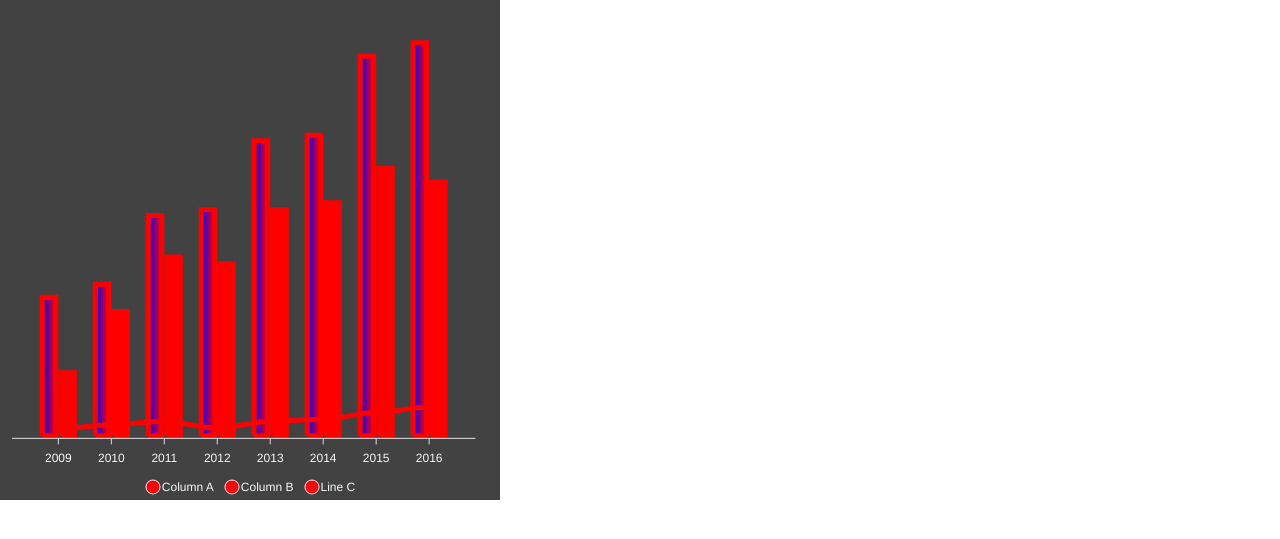
Repository: wanted-pre-onboarding-internship-1team/pre-onboarding-9th-3-1
Page: /
These files come from the project's save history. The page is drawn as it stood at one moment and after the next save; the edit follows.
The browser window is 1280 px wide. The pictures show the whole page.
The project was rebuilt for these pictures with package versions that can differ from the ones it lists, and the page was loaded fresh each time.

Above is the page before, as saved 2023-03-15 00:25:46.

### public/index.html
<!DOCTYPE html>
<html lang="en">
  <head>
    <meta charset="utf-8" />
    <link rel="icon" href="%PUBLIC_URL%/favicon.ico" />
    <meta name="viewport" content="width=device-width, initial-scale=1" />
    <meta name="theme-color" content="#000000" />

    <title>React App</title>
  </head>

  <body>
    <div id="root"></div>
  </body>
</html>

### src/index.tsx
import App from './App';
import './index.css';
import React from 'react';
import ReactDOM from 'react-dom/client';
import { BrowserRouter } from 'react-router-dom';

const root = ReactDOM.createRoot(
  document.getElementById('root') as HTMLElement
);
root.render(
  <BrowserRouter>
    <App />
  </BrowserRouter>
);

### src/App.tsx
import Router from './router/router';
import { createGlobalStyle } from 'styled-components';
import reset from 'styled-reset';

const GlobalStyle = createGlobalStyle`
  ${reset}
`;

function App() {
  return (
    <>
      <GlobalStyle />
      <Router />
    </>
  );
}

export default App;

### src/router/router.tsx
import Mainpage from '../pages/Mainpage';
import React from 'react';
import { Route, Routes } from 'react-router-dom';

export default function router() {
  return (
    <Routes>
      <Route path='/' element={<Mainpage />} />
    </Routes>
  );
}

### src/pages/Mainpage.tsx
import { api } from '../apis';
import { GetMockResponse } from '../apis/types/mock';
import useMockList from '../hooks/useMockList';
import axios from 'axios';
import React, { useEffect, useState } from 'react';
import ApexCharts from 'react-apexcharts';

export default function Mainpage() {
  const test = useMockList();
  console.log(test);
  return (
    <div>
      <ApexCharts
        type='line'
        height='500'
        width='500'
        series={[
          {
            name: 'Column A',
            type: 'column',
            data: [21.1, 23, 33.1, 34, 44.1, 44.9, 56.5, 58.5],
          },
          {
            name: 'Column B',
            type: 'column',
            data: [10, 19, 27, 26, 34, 35, 40, 38],
          },
          {
            name: 'Line C',
            type: 'line',
            data: [1.4, 2, 2.5, 1.5, 2.5, 2.8, 3.8, 4.6],
          },
        ]}
        options={{
          theme: {
            mode: 'dark',
          },
          chart: {
            toolbar: {
              show: false,
            },
          },
          grid: { show: false },
          stroke: {
            curve: 'smooth',
            width: 5,
          },
          yaxis: {
            show: false,
          },
          xaxis: {
            categories: [2009, 2010, 2011, 2012, 2013, 2014, 2015, 2016],
          },
          fill: {
            type: 'gradient',
            gradient: { gradientToColors: ['blue'], stops: [0, 100] },
          },
          colors: ['red'],
        }}
      />
      {/* <ApexCharts
        height='500'
        width='1000'
        series={[
          {
            name: 'bar',
            type: 'column',
            data: test.barValueList,
          },
          {
            name: 'area',
            type: 'area',
            data: test.areaValueList,
          },
          {
            name: 'id',
            type: 'none',
            data: test.areaValueList,
          },
        ]}
        options={{
          stroke: {
            width: [0, 2, 5],
            curve: 'smooth',
          },
          dataLabels: {
            enabled: false,
          },
          yaxis: [
            {
              seriesName: 'area',
              axisTicks: {
                show: true,
              },
              axisBorder: {
                show: true,
              },
              title: {
                text: 'area1',
              },
            },
            {
              seriesName: 'bar',
              axisTicks: {
                show: true,
              },
              axisBorder: {
                show: true,
              },
              title: {
                text: 'bar',
              },
            },
          ],
          xaxis: {
            categories: test.timeList,
          },
          colors: ['#99C2A2', '#66C7F4', '#caa137'],
        }}
      /> */}
    </div>
  );
}

{
  /* <div>
<ApexCharts
  height='500'
  width='1000'
  series={[
    {
      name: 'TEAM A',
      type: 'column',
      data: test.areaValueList,
    },
  ]}
  options={{
    grid: {
      row: {
        colors: ['#f3f3f3', 'transparent'],
        opacity: 0.5,
      },
    },
    stroke: {
      width: [0, 2, 5],
      curve: 'smooth',
    },

    xaxis: {
      categories: test.timeList,
    },
    colors: ['red', 'blue'],
  }}
/>
</div> */
}

### src/hooks/useMockList.ts
import { api } from '../apis';
import { GetMockResponse } from '../apis/types/mock';
import { useEffect, useState } from 'react';

export default function useMockList() {
  const [originData, setOriginData] = useState<GetMockResponse['response']>();

  const dateList = originData ? Object.keys(originData) : [];

  const timeList = originData
    ? Object.keys(originData).map(time => time.split(' ')[1])
    : [];

  const idList = originData
    ? Object.entries(originData).map(entry => entry[1].id)
    : [];

  const barValueList = originData
    ? Object.entries(originData).map(entry => entry[1].value_bar)
    : [];

  const areaValueList = originData
    ? Object.entries(originData).map(entry => entry[1].value_area)
    : [];

  useEffect(() => {
    api.mock.getMockDatas().then(res => {
      const { data } = res;
      setOriginData(data.response);
    });
  }, []);

  return { timeList, dateList, idList, barValueList, areaValueList };
}

### src/apis/index.ts
import { instance } from './instance';
import MockService from './mockService';

const mockService = new MockService(instance);

export const api = { mock: mockService };

### src/apis/instance.ts
import axios, { AxiosInstance, AxiosRequestConfig, AxiosResponse } from 'axios';

interface CustomInstance extends AxiosInstance {
  get<T = unknown, R = AxiosResponse<T>, D = unknown>(
    url: string,
    config?: AxiosRequestConfig<D>
  ): Promise<R>;
}

const instance: CustomInstance = axios.create({
  baseURL: '/',
});

export { instance };

### src/apis/mockService.ts
import { instance } from './instance';
import { GetMockResponse } from './types/mock';

export default class MockService {
  constructor(private api: typeof instance) {}
  getMockDatas = async () => this.api.get<GetMockResponse>('data/mock.json');
}

### public/data/mock.json
{
  "type": "Flexsys Mock API",
  "version": 1.0,
  "response": {
    "2023-02-01 14:32:00": {
      "id": "성북구",
      "value_area": 46,
      "value_bar": 13111
    },
    "2023-02-01 14:32:05": {
      "id": "강남구",
      "value_area": 9,
      "value_bar": 19143
    },
    "2023-02-01 14:32:10": {
      "id": "노원구",
      "value_area": 79,
      "value_bar": 14798
    },
    "2023-02-01 14:32:15": {
      "id": "중랑구",
      "value_area": 4,
      "value_bar": 14456
    },
    "2023-02-01 14:32:20": {
      "id": "노원구",
      "value_area": 97,
      "value_bar": 19116
    },
    "2023-02-01 14:32:25": {
      "id": "성북구",
      "value_area": 66,
      "value_bar": 18098
    },
    "2023-02-01 14:32:30": {
      "id": "중랑구",
      "value_area": 84,
      "value_bar": 16243
    },
    "2023-02-01 14:32:35": {
      "id": "강남구",
      "value_area": 5,
      "value_bar": 13100
    },
    "2023-02-01 14:32:40": {
      "id": "성북구",
      "value_area": 13,
      "value_bar": 19429
    },
    "2023-02-01 14:32:45": {
      "id": "노원구",
      "value_area": 50,
      "value_bar": 14923
    },
    "2023-02-01 14:32:50": {
      "id": "강남구",
      "value_area": 24,
      "value_bar": 10127
    },
    "2023-02-01 14:32:55": {
      "id": "강남구",
      "value_area": 98,
      "value_bar": 12583
    },
    "2023-02-01 14:33:00": {
      "id": "중랑구",
      "value_area": 7,
      "value_bar": 12310
    },
    "2023-02-01 14:33:05": {
      "id": "중랑구",
      "value_area": 21,
      "value_bar": 15764
    },
    "2023-02-01 14:33:10": {
      "id": "강남구",
      "value_area": 67,
      "value_bar": 11060
    },
    "2023-02-01 14:33:15": {
      "id": "강남구",
      "value_area": 69,
      "value_bar": 14857
    },
    "2023-02-01 14:33:20": {
      "id": "노원구",
      "value_area": 86,
      "value_bar": 13995
    },
    "2023-02-01 14:33:25": {
      "id": "중랑구",
      "value_area": 59,
      "value_bar": 14773
    },
    "2023-02-01 14:33:30": {
      "id": "노원구",
      "value_area": 77,
      "value_bar": 18347
    },
    "2023-02-01 14:33:35": {
      "id": "성북구",
      "value_area": 77,
      "value_bar": 15970
    },
    "2023-02-01 14:33:40": {
      "id": "성북구",
      "value_area": 27,
      "value_bar": 18577
    },
    "2023-02-01 14:33:45": {
      "id": "성북구",
      "value_area": 33,
      "value_bar": 11704
    },
    "2023-02-01 14:33:50": {
      "id": "성북구",
      "value_area": 17,
      "value_bar": 17241
    },
    "2023-02-01 14:33:55": {
      "id": "노원구",
      "value_area": 22,
      "value_bar": 14450
    },
    "2023-02-01 14:34:00": {
      "id": "중랑구",
      "value_area": 27,
      "value_bar": 14970
    },
    "2023-02-01 14:34:05": {
      "id": "중랑구",
      "value_area": 99,
      "value_bar": 17906
    },
    "2023-02-01 14:34:10": {
      "id": "강남구",
      "value_area": 65,
      "value_bar": 11233
    },
    "2023-02-01 14:34:15": {
      "id": "노원구",
      "value_area": 38,
      "value_bar": 17306
    },
    "2023-02-01 14:34:20": {
      "id": "성북구",
      "value_area": 63,
      "value_bar": 14577
    },
    "2023-02-01 14:34:25": {
      "id": "중랑구",
      "value_area": 58,
      "value_bar": 13199
    },
    "2023-02-01 14:34:30": {
      "id": "중랑구",
      "value_area": 93,
      "value_bar": 12707
    },
    "2023-02-01 14:34:35": {
      "id": "강남구",
      "value_area": 74,
      "value_bar": 15064
    },
    "2023-02-01 14:34:40": {
      "id": "강남구",
      "value_area": 45,
      "value_bar": 16300
    },
    "2023-02-01 14:34:45": {
      "id": "성북구",
      "value_area": 7,
      "value_bar": 14605
    },
    "2023-02-01 14:34:50": {
      "id": "노원구",
      "value_area": 7,
      "value_bar": 15210
    },
    "2023-02-01 14:34:55": {
      "id": "성북구",
      "value_area": 89,
      "value_bar": 13578
    },
    "2023-02-01 14:35:00": {
      "id": "중랑구",
      "value_area": 37,
      "value_bar": 11298
    },
    "2023-02-01 14:35:05": {
      "id": "노원구",
      "value_area": 82,
      "value_bar": 15686
    },
    "2023-02-01 14:35:10": {
      "id": "중랑구",
      "value_area": 19,
      "value_bar": 11485
    },
    "2023-02-01 14:35:15": {
      "id": "성북구",
      "value_area": 37,
      "value_bar": 16848
    },
    "2023-02-01 14:35:20": {
      "id": "성북구",
      "value_area": 91,
      "value_bar": 18670
    },
    "2023-02-01 14:35:25": {
      "id": "강남구",
      "value_area": 44,
      "value_bar": 17165
    },
    "2023-02-01 14:35:30": {
      "id": "성북구",
      "value_area": 88,
      "value_bar": 15053
    },
    "2023-02-01 14:35:35": {
      "id": "성북구",
      "value_area": 1,
      "value_bar": 14998
    },
    "2023-02-01 14:35:40": {
      "id": "강남구",
      "value_area": 7,
      "value_bar": 17739
    },
    "2023-02-01 14:35:45": {
      "id": "중랑구",
      "value_area": 17,
      "value_bar": 19212
    },
    "2023-02-01 14:35:50": {
      "id": "노원구",
      "value_area": 73,
      "value_bar": 16757
    },
    "2023-02-01 14:35:55": {
      "id": "노원구",
      "value_area": 24,
      "value_bar": 12864
    },
    "2023-02-01 14:36:00": {
      "id": "노원구",
      "value_area": 99,
      "value_bar": 10178
    },
    "2023-02-01 14:36:05": {
      "id": "성북구",
      "value_area": 13,
      "value_bar": 19425
    },
    "2023-02-01 14:36:10": {
      "id": "강남구",
      "value_area": 2,
      "value_bar": 12455
    },
    "2023-02-01 14:36:15": {
      "id": "노원구",
      "value_area": 91,
      "value_bar": 16945
    },
    "2023-02-01 14:36:20": {
      "id": "성북구",
      "value_area": 10,
      "value_bar": 13734
    },
    "2023-02-01 14:36:25": {
      "id": "성북구",
      "value_area": 14,
      "value_bar": 13894
    },
    "2023-02-01 14:36:30": {
      "id": "중랑구",
      "value_area": 82,
      "value_bar": 19367
    },
    "2023-02-01 14:36:35": {
      "id": "중랑구",
      "value_area": 71,
      "value_bar": 15492
    },
    "2023-02-01 14:36:40": {
      "id": "강남구",
      "value_area": 2,
      "value_bar": 19082
    },
    "2023-02-01 14:36:45": {
      "id": "노원구",
      "value_area": 24,
      "value_bar": 13117
    },
    "2023-02-01 14:36:50": {
      "id": "노원구",
      "value_area": 96,
      "value_bar": 15744
    },
    "2023-02-01 14:36:55": {
      "id": "성북구",
      "value_area": 74,
      "value_bar": 15609
    },
    "2023-02-01 14:37:00": {
      "id": "노원구",
      "value_area": 48,
      "value_bar": 14747
    },
    "2023-02-01 14:37:05": {
      "id": "중랑구",
      "value_area": 34,
      "value_bar": 15331
    },
    "2023-02-01 14:37:10": {
      "id": "노원구",
      "value_area": 73,
      "value_bar": 12292
    },
    "2023-02-01 14:37:15": {
      "id": "강남구",
      "value_area": 77,
      "value_bar": 11454
    },
    "2023-02-01 14:37:20": {
      "id": "강남구",
      "value_area": 94,
      "value_bar": 12972
    },
    "2023-02-01 14:37:25": {
      "id": "성북구",
      "value_area": 29,
      "value_bar": 19279
    },
    "2023-02-01 14:37:30": {
      "id": "노원구",
      "value_area": 73,
      "value_bar": 18371
    },
    "2023-02-01 14:37:35": {
      "id": "노원구",
      "value_area": 50,
      "value_bar": 13317
    },
    "2023-02-01 14:37:40": {
      "id": "강남구",
      "value_area": 65,
      "value_bar": 18504
    },
    "2023-02-01 14:37:45": {
      "id": "성북구",
      "value_area": 87,
      "value_bar": 16196
    },
    "2023-02-01 14:37:50": {
      "id": "강남구",
      "value_area": 14,
      "value_bar": 19701
    },
    "2023-02-01 14:37:55": {
      "id": "중랑구",
      "value_area": 80,
      "value_bar": 14836
    },
    "2023-02-01 14:38:00": {
      "id": "노원구",
      "value_area": 14,
      "value_bar": 13074
    },
    "2023-02-01 14:38:05": {
      "id": "성북구",
      "value_area": 25,
      "value_bar": 18335
    },
    "2023-02-01 14:38:10": {
      "id": "중랑구",
      "value_area": 22,
      "value_bar": 15022
    },
    "2023-02-01 14:38:15": {
      "id": "노원구",
      "value_area": 6,
      "value_bar": 12043
    },
    "2023-02-01 14:38:20": {
      "id": "중랑구",
      "value_area": 88,
      "value_bar": 11144
    },
    "2023-02-01 14:38:25": {
      "id": "강남구",
      "value_area": 1,
      "value_bar": 17518
    },
    "2023-02-01 14:38:30": {
      "id": "노원구",
      "value_area": 90,
      "value_bar": 18643
    },
    "2023-02-01 14:38:35": {
      "id": "성북구",
      "value_area": 98,
      "value_bar": 18318
    },
    "2023-02-01 14:38:40": {
      "id": "중랑구",
      "value_area": 4,
      "value_bar": 10746
    },
    "2023-02-01 14:38:45": {
      "id": "강남구",
      "value_area": 43,
      "value_bar": 18806
    },
    "2023-02-01 14:38:50": {
      "id": "중랑구",
      "value_area": 43,
      "value_bar": 16209
    },
    "2023-02-01 14:38:55": {
      "id": "강남구",
      "value_area": 91,
      "value_bar": 14273
    },
    "2023-02-01 14:39:00": {
      "id": "성북구",
      "value_area": 31,
      "value_bar": 19193
    },
    "2023-02-01 14:39:05": {
      "id": "성북구",
      "value_area": 92,
      "value_bar": 19661
    },
    "2023-02-01 14:39:10": {
      "id": "노원구",
      "value_area": 20,
      "value_bar": 19574
    },
    "2023-02-01 14:39:15": {
      "id": "중랑구",
      "value_area": 72,
      "value_bar": 18963
    },
    "2023-02-01 14:39:20": {
      "id": "강남구",
      "value_area": 15,
      "value_bar": 13083
    },
    "2023-02-01 14:39:25": {
      "id": "성북구",
      "value_area": 34,
      "value_bar": 12868
    },
    "2023-02-01 14:39:30": {
      "id": "강남구",
      "value_area": 44,
      "value_bar": 10836
    },
    "2023-02-01 14:39:35": {
      "id": "중랑구",
      "value_area": 13,
      "value_bar": 14255
    },
    "2023-02-01 14:39:40": {
      "id": "노원구",
      "value_area": 35,
      "value_bar": 15437
    },
    "2023-02-01 14:39:45": {
      "id": "중랑구",
      "value_area": 95,
      "value_bar": 18426
    },
    "2023-02-01 14:39:50": {
      "id": "강남구",
      "value_area": 61,
      "value_bar": 11387
    },
    "2023-02-01 14:39:55": {
      "id": "성북구",
      "value_area": 18,
      "value_bar": 14312
    },
    "2023-02-01 14:40:00": {
      "id": "성북구",
      "value_area": 18,
      "value_bar": 18700
    },
    "2023-02-01 14:40:05": {
      "id": "중랑구",
      "value_area": 92,
      "value_bar": 18053
    },
    "2023-02-01 14:40:10": {
      "id": "강남구",
      "value_area": 75,
      "value_bar": 13460
    },
    "2023-02-01 14:40:15": {
      "id": "성북구",
      "value_area": 15,
      "value_bar": 14829
    }
  }
}

Loaded but not shown: src/index.css (common file)

After the next save:
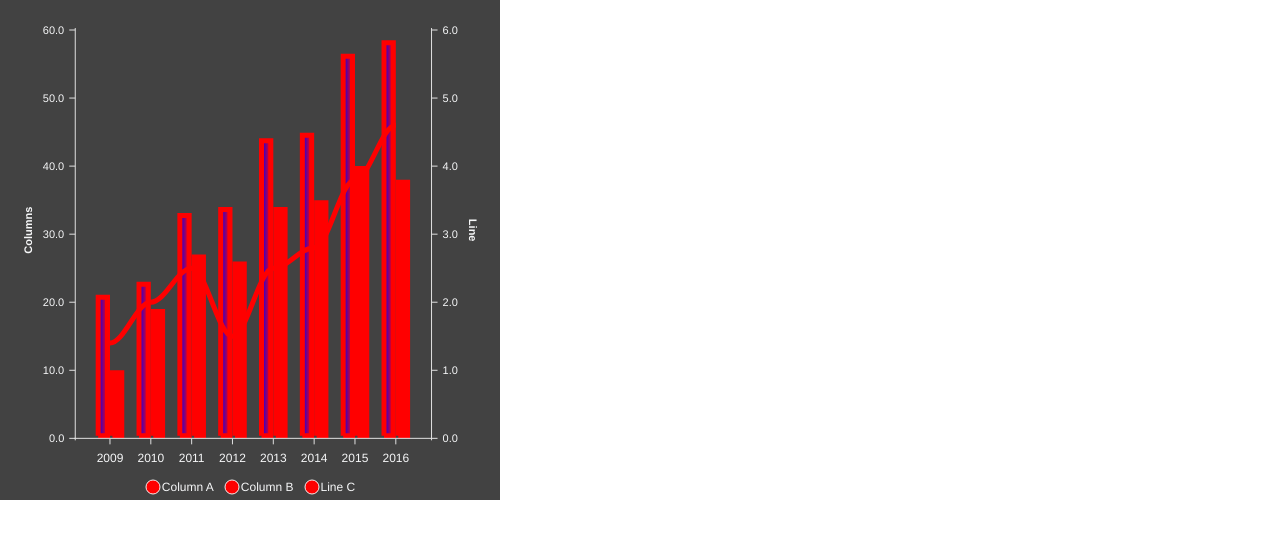
Saved 17 s later.
--- a/src/pages/Mainpage.tsx
+++ b/src/pages/Mainpage.tsx
@@ -45,12 +45,40 @@ export default function Mainpage() {
             curve: 'smooth',
             width: 5,
           },
-          yaxis: {
-            show: false,
-          },
           xaxis: {
             categories: [2009, 2010, 2011, 2012, 2013, 2014, 2015, 2016],
           },
+          yaxis: [
+            {
+              seriesName: 'Column A',
+              axisTicks: {
+                show: true,
+              },
+              axisBorder: {
+                show: true,
+              },
+              title: {
+                text: 'Columns',
+              },
+            },
+            {
+              seriesName: 'Column A',
+              show: false,
+            },
+            {
+              opposite: true,
+              seriesName: 'Line C',
+              axisTicks: {
+                show: true,
+              },
+              axisBorder: {
+                show: true,
+              },
+              title: {
+                text: 'Line',
+              },
+            },
+          ],
           fill: {
             type: 'gradient',
             gradient: { gradientToColors: ['blue'], stops: [0, 100] },
